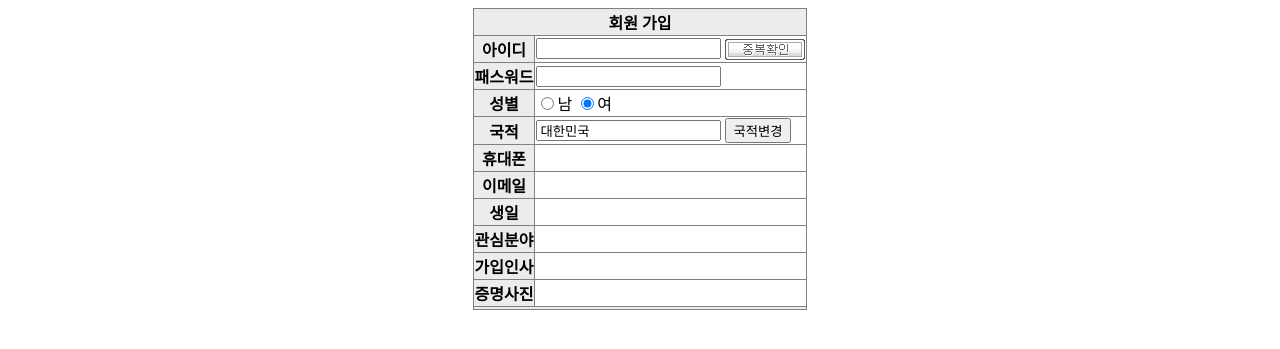
Repository: gyungmean/2020_2_webProgramming
Page: week2/week2/WebContent/Practice02/Practice02.html
An editor plug-in stored every save of this project. The page is shown before and after the next save, followed by the edit.
The browser window is 1280 px wide. The pictures show the whole page.

Above is the page before, as saved 2020-09-14 07:19:25.

After the next save:
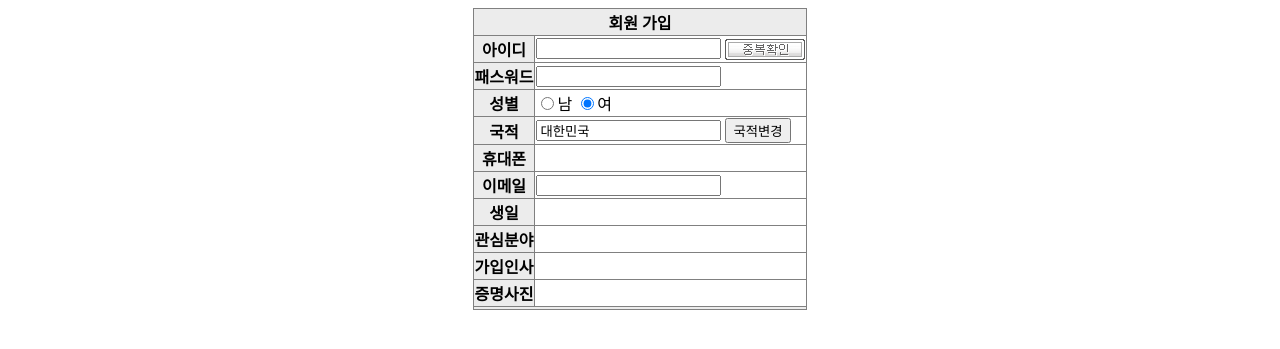
Saved 44 s later.
--- a/week2/week2/WebContent/Practice02/Practice02.html
+++ b/week2/week2/WebContent/Practice02/Practice02.html
@@ -46,7 +46,7 @@
 			</tr>
 			<tr>
 				<td class= title>이메일</td>
-				<td></td>
+				<td><input type="text"></td>
 			</tr>
 			<tr>
 				<td class= title>생일</td>
